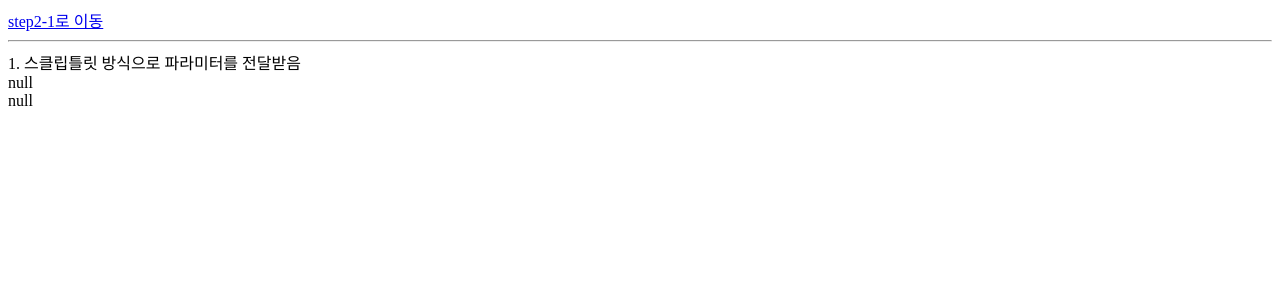
Repository: dhalfks/jsp_230602
Page: http://localhost/jstl_study/step2-2.jsp
These files come from the project's save history. The page is drawn as it stood at one moment and after the next save; the edit follows.
The browser window is 1280 px wide. The pictures show the whole page.
The page is served by Tomcat 9.

Above is the page before, as saved 2023-05-09 06:40:22.

After the next save:
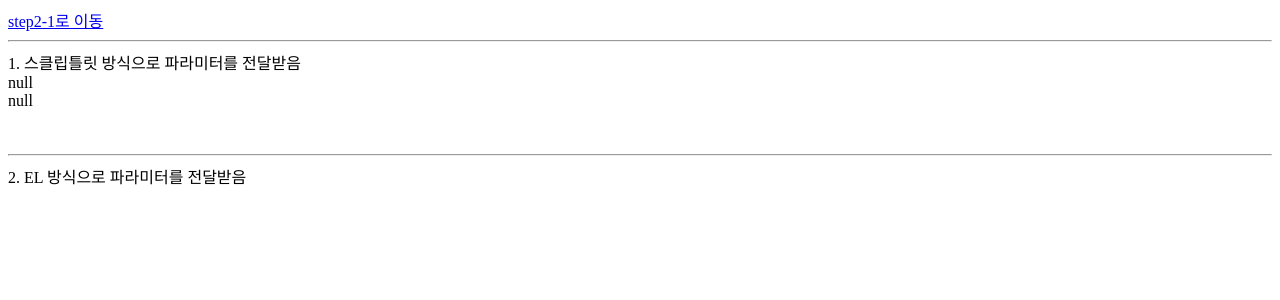
Saved 79 s later.
--- a/jstl_project/jstl_study/src/main/webapp/step2-2.jsp
+++ b/jstl_project/jstl_study/src/main/webapp/step2-2.jsp
@@ -12,7 +12,10 @@
 	1. 스클립틀릿 방식으로 파라미터를 전달받음 <br>
 	<%=request.getParameter("name") %><br>
 	<%=request.getParameter("address") %><br>
+	<br><br>
+	<hr>
 
+	2. EL 방식으로 파라미터를 전달받음 <br>
 
 </body>
 </html>
